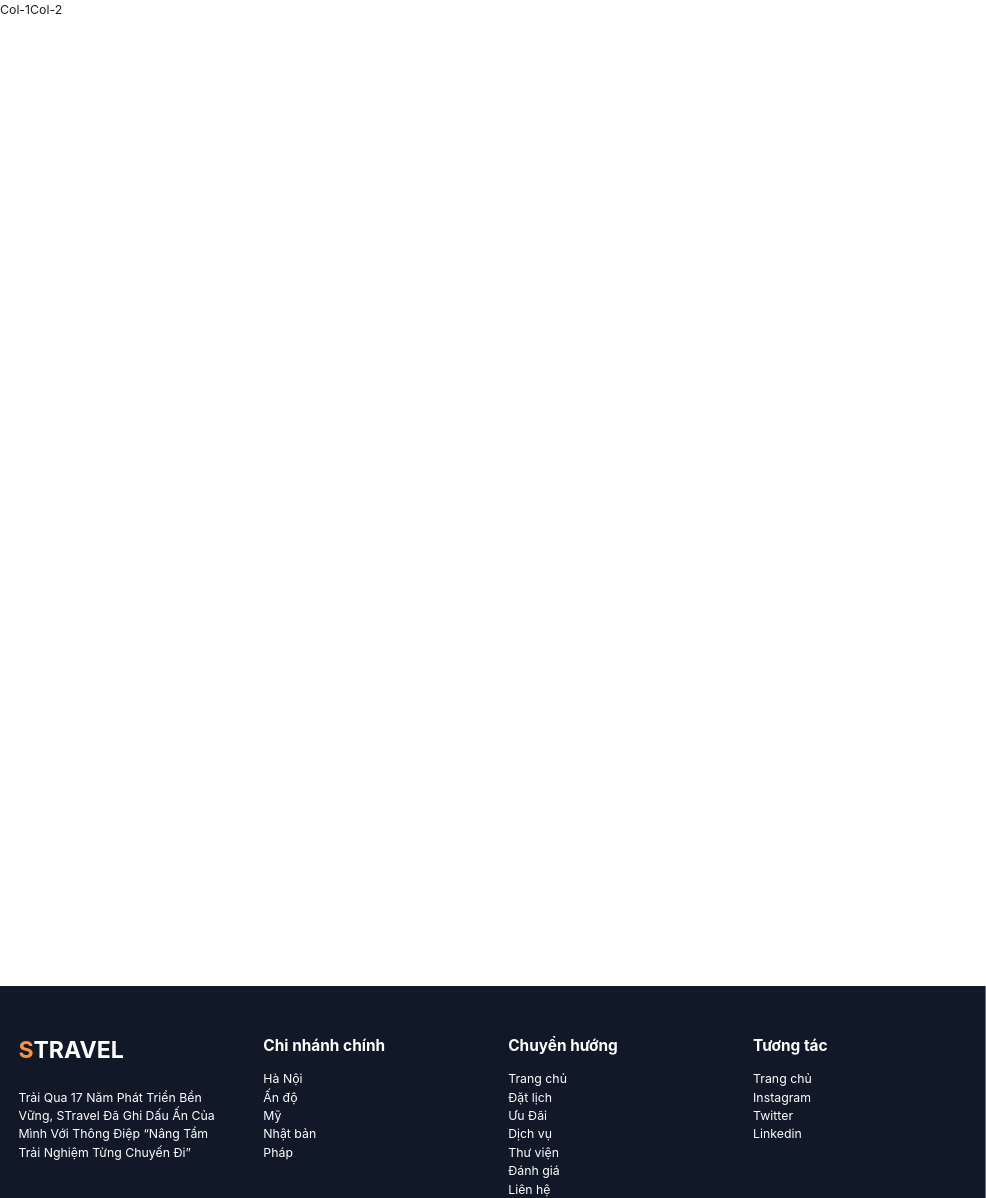
Repository: OkazakiTruong/BQTruong-F8-K2-Offline
Page: / (app in shop48/)
The author's editor kept a copy of each file at every save. The page is drawn from the files as they stood at one save, then again after the next save.
The browser window is 1280 px wide. The pictures show the part of the page from y = 720 to 2276 px (the page is 2276 px tall), at 77% of full size.
The project was rebuilt for these pictures with package versions that can differ from the ones it lists, and the page was loaded fresh each time. The framework's server and built-in components were replaced by stand-ins that run in the browser. Also part of the build but not shown: shop48/next.config.js.

Above is the page before, as saved 2023-12-09 01:42:45.

After the next save:
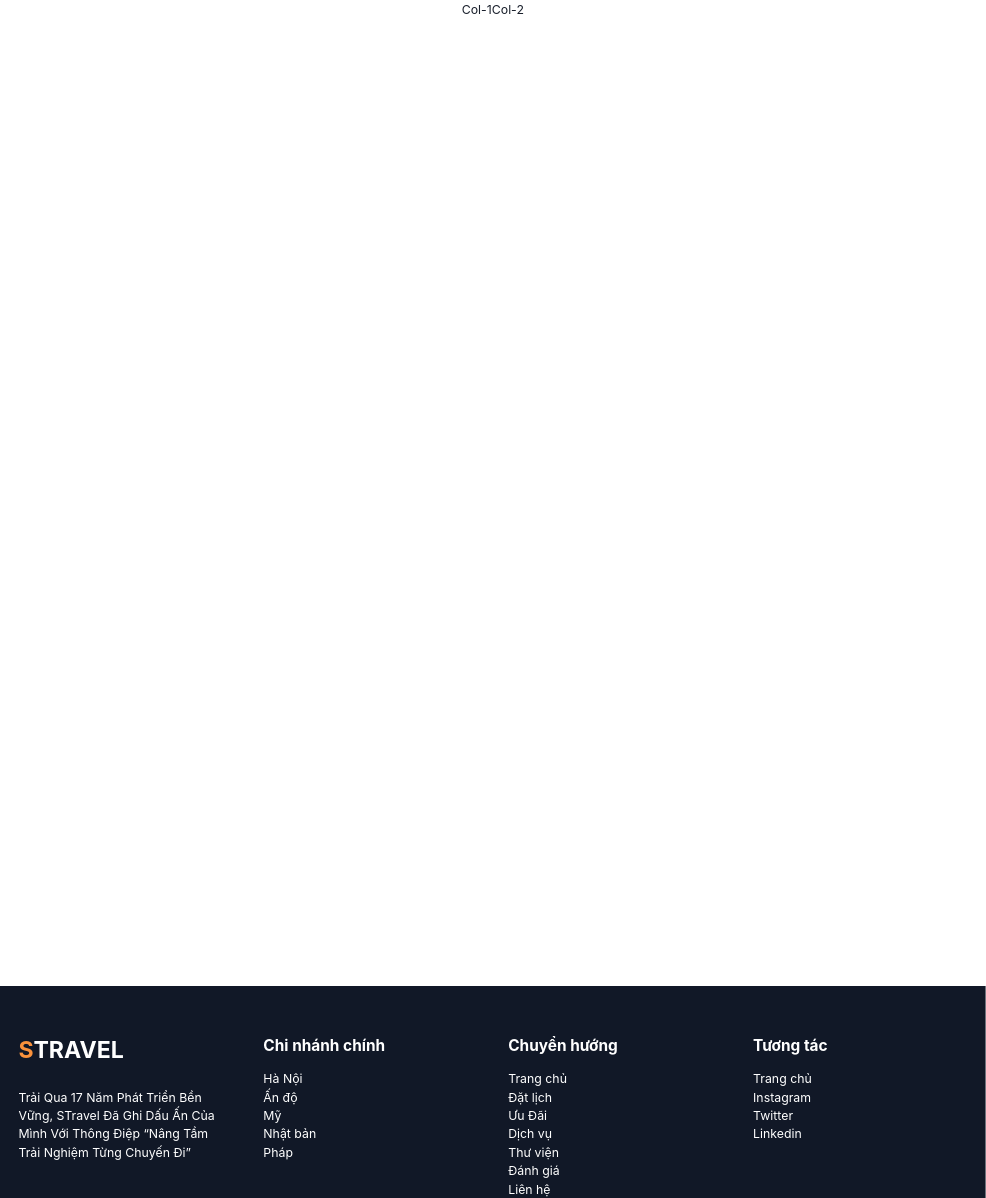
Saved 26 s later.
--- a/shop48/src/components/DealForm/DealForm.jsx
+++ b/shop48/src/components/DealForm/DealForm.jsx
@@ -1,6 +1,6 @@
 export default function DealForm() {
   return (
-    <div className="flex">
+    <div className="flex justify-center">
       <div>Col-1</div>
       <div>Col-2</div>
     </div>
